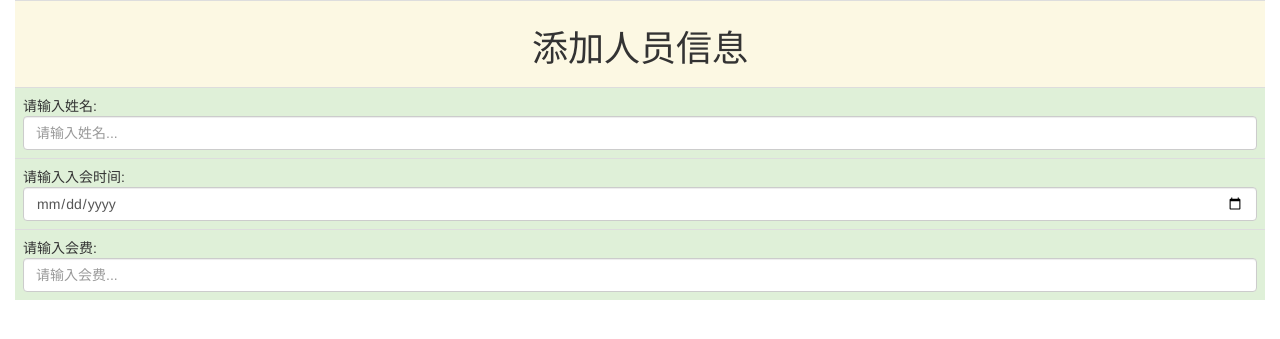
Repository: HelloChuang/HelloChuang-EclipseWorkSpace
Page: http://localhost/RetestSpringMVC_1/user_add.jsp
An editor plug-in stored every save of this project. The page is shown before and after the next save, followed by the edit.
The browser window is 1280 px wide. The pictures show the whole page.
The page is served by Tomcat 9. Nobody is signed in. The application's start-up code is not run. Other server files are loaded and not shown.

Above is the page before, as saved 2018-11-04 11:43:27.

### EclipseWorkSpace/RetestSpringMVC_1/src/main/webapp/user_add.jsp
<%@ page language="java" contentType="text/html; charset=UTF-8"
    pageEncoding="UTF-8"%>
<!DOCTYPE html>
<html>
<head>
<meta http-equiv="Content-Type" content="text/html; charset=UTF-8">
<link rel="stylesheet"type="text/css" href="${pageContext.request.contextPath}/css/bootstrap.min.css"/>
<script type="text/javascript" src="${pageContext.request.contextPath}/js/jquery-1.9.1.js"></script>
<script type="text/javascript" src="${pageContext.request.contextPath}/js/bootstrap.min.js"></script>



<link rel="stylesheet" type="text/css" href="${pageContext.request.contextPath}/css/bootstrap.min.css">
<script type="text/javascript" href="${pageContext.request.contextPath}/js/jquery-1.9.1.js"></script>
<script type="text/javascript" href="${pageContext.request.contextPath}/js/bootstrap.min.js"></script>
<title>添加人员</title>
</head>
<body>
		<form action="userAdd" method="post" class="col-xs-12">
			<table class="table table-hover">
				<tr class="warning" align="center"><td><h1>添加人员信息</h1></td></tr>
				<tr class="success">
				<td>请输入姓名:<input class="form-control" type="text" name="uname" required placeholder="请输入姓名..."/></td>
				</tr>
				<tr class="success">
				<td>请输入入会时间:<input class="form-control"type="date" name="uname" required placeholder="请输入入会时间..."/></td>
				</tr>
				<tr class="success">
				<td>请输入会费:<input class="form-control"type="number" name="uname" required placeholder="请输入会费..."/></td>
				</tr>
			</table>
		</form>
</body>
</html>

Loaded but not shown: EclipseWorkSpace/RetestSpringMVC_1/src/main/webapp/css/bootstrap.min.css (library); EclipseWorkSpace/RetestSpringMVC_1/src/main/webapp/js/jquery-1.9.1.js (library); EclipseWorkSpace/RetestSpringMVC_1/src/main/webapp/js/bootstrap.min.js (library)

After the next save:
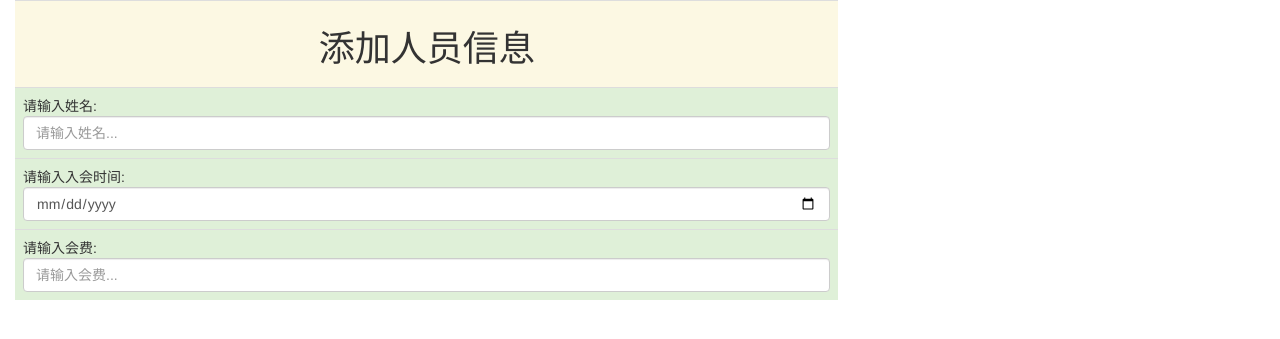
Saved 11 s later.
--- a/EclipseWorkSpace/RetestSpringMVC_1/src/main/webapp/user_add.jsp
+++ b/EclipseWorkSpace/RetestSpringMVC_1/src/main/webapp/user_add.jsp
@@ -16,7 +16,7 @@
 <title>添加人员</title>
 </head>
 <body>
-		<form action="userAdd" method="post" class="col-xs-12">
+		<form action="userAdd" method="post" class="col-xs-8">
 			<table class="table table-hover">
 				<tr class="warning" align="center"><td><h1>添加人员信息</h1></td></tr>
 				<tr class="success">

After the save that followed:
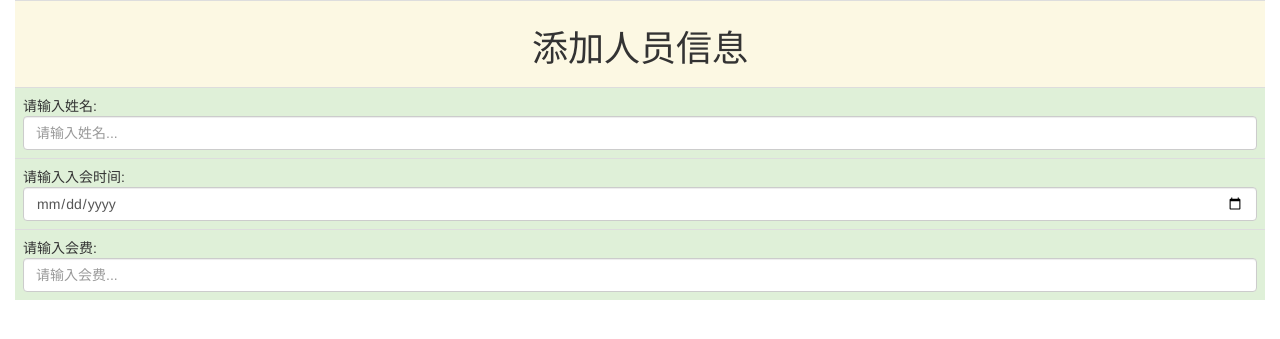
Saved 5 s later.
--- a/EclipseWorkSpace/RetestSpringMVC_1/src/main/webapp/user_add.jsp
+++ b/EclipseWorkSpace/RetestSpringMVC_1/src/main/webapp/user_add.jsp
@@ -16,7 +16,7 @@
 <title>添加人员</title>
 </head>
 <body>
-		<form action="userAdd" method="post" class="col-xs-8">
+		<form action="userAdd" method="post" class="col-xs-12">
 			<table class="table table-hover">
 				<tr class="warning" align="center"><td><h1>添加人员信息</h1></td></tr>
 				<tr class="success">
